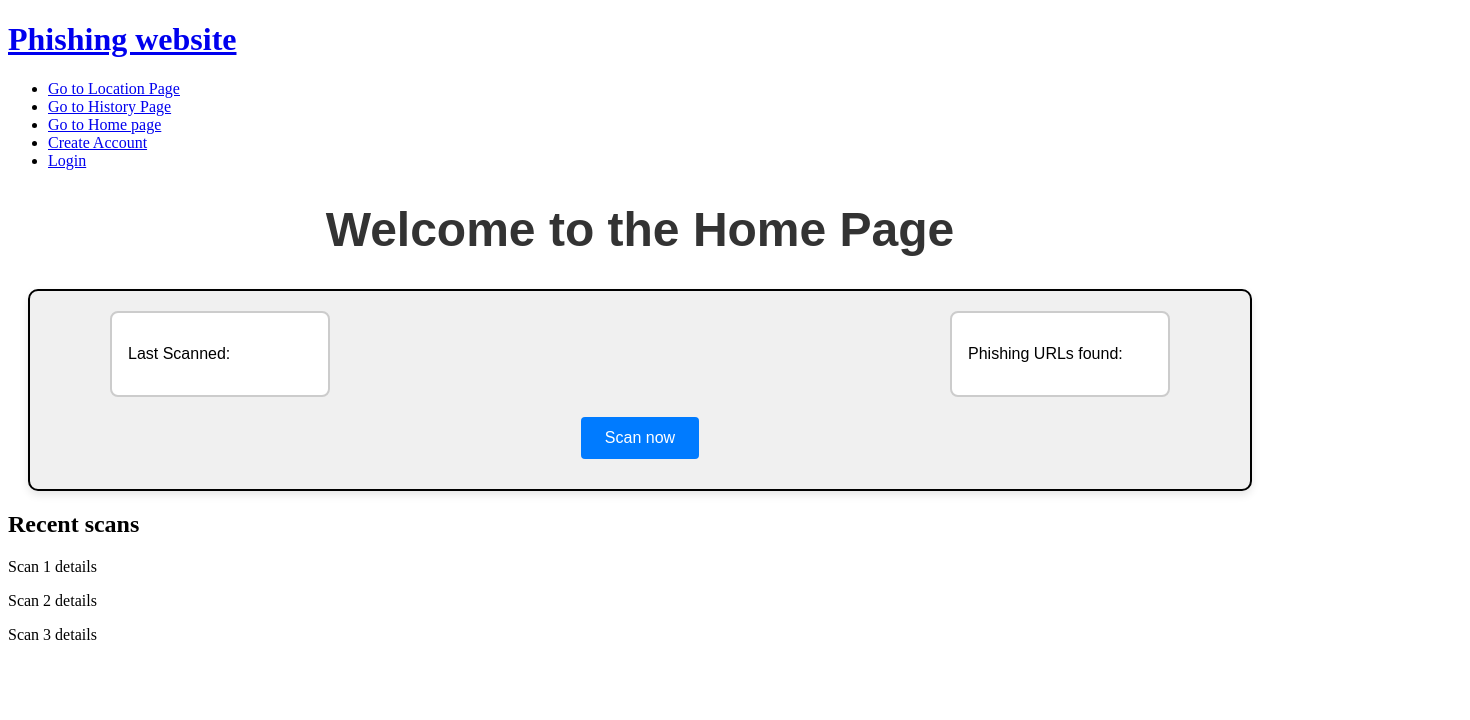
Repository: 2305199/Final-year-project
Page: / (app in frontend/)
The author's editor kept a copy of each file at every save. The page is drawn from the files as they stood at one save, then again after the next save.
The browser window is 1280 px wide. The page is 1470 px wide, so the pictures cover 1470 px, including what lies to the right of the window. The pictures show the whole page.
The project was rebuilt for these pictures with package versions that can differ from the ones it lists, and the page was loaded fresh each time. Also part of the build but not shown: frontend/vite.config.js, frontend/src/Location/Location.jsx, frontend/src/History/History.jsx, frontend/src/User/CreateAccount.jsx, frontend/src/User/Login.jsx.

Above is the page before, as saved 2026-01-29 01:25:00.

After the next save:
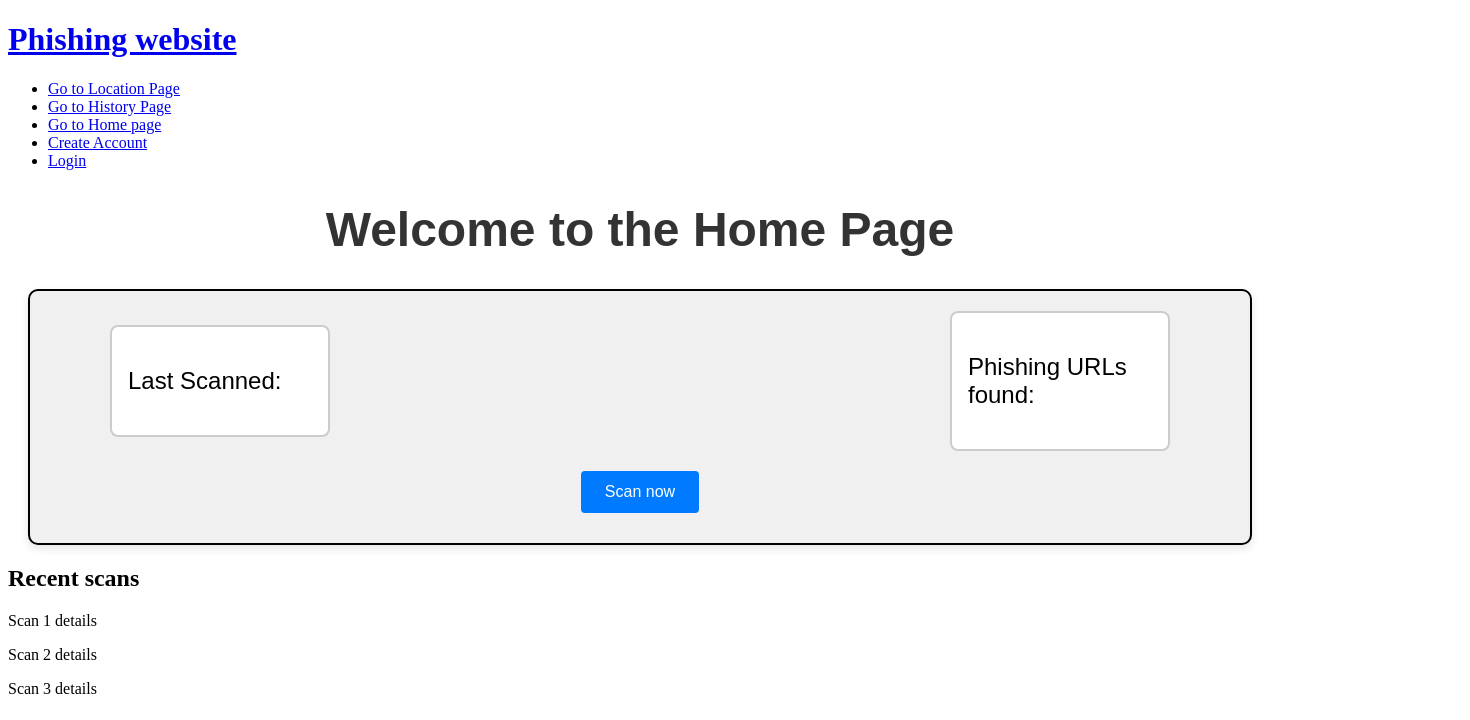
Saved 28 s later.
--- a/frontend/src/Home/Home.module.css
+++ b/frontend/src/Home/Home.module.css
@@ -33,6 +33,7 @@
 .Lscanned,
 .Pfound {
   border: 2px solid #ccc;
+  font-size: 1.5rem;
   padding: 16px;
   border-radius: 8px;
   background-color: #ffffff;

After the save that followed:
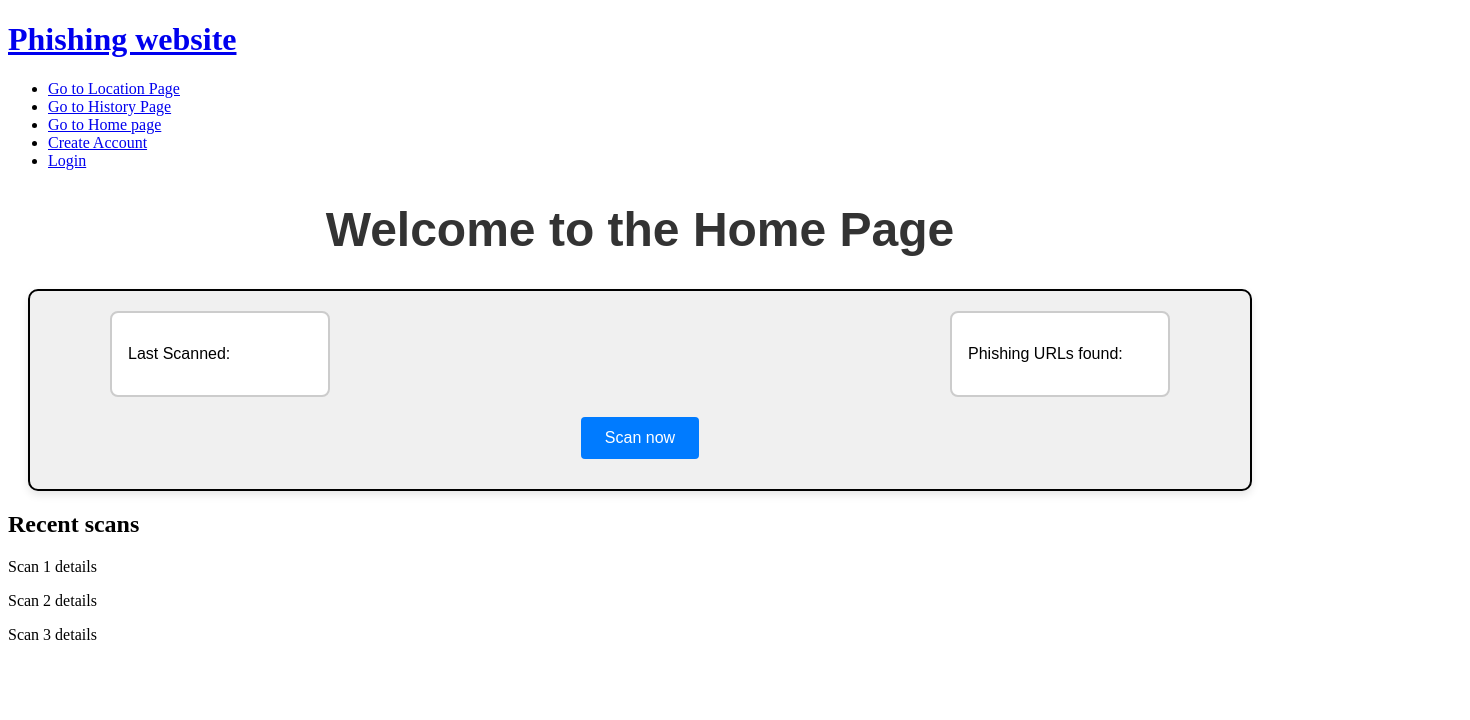
Saved 10 s later.
--- a/frontend/src/Home/Home.module.css
+++ b/frontend/src/Home/Home.module.css
@@ -33,7 +33,6 @@
 .Lscanned,
 .Pfound {
   border: 2px solid #ccc;
-  font-size: 1.5rem;
   padding: 16px;
   border-radius: 8px;
   background-color: #ffffff;
